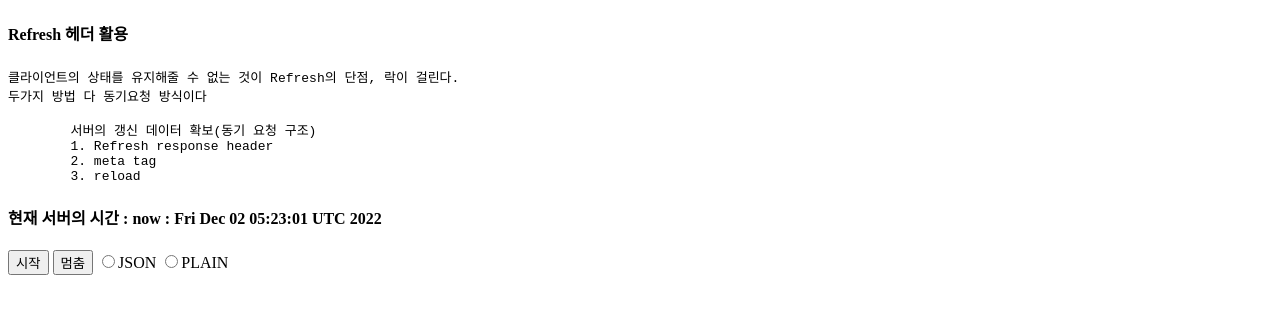
Repository: YOUNARAE/JSP
Page: http://localhost/WebStudy01/05/autoRequest.jsp
These files come from the project's save history. The page is drawn as it stood at one moment and after the next save; the edit follows.
The browser window is 1280 px wide. The pictures show the whole page.
The page is served by Tomcat 9. Other server files are loaded and not shown.

Above is the page before, as saved 2022-12-13 08:26:53.

### WebStudy01/src/main/webapp/05/autoRequest.jsp
<%@page import="java.util.Date"%>
<%@ page language="java" contentType="text/html; charset=UTF-8"
    pageEncoding="UTF-8"%>
<!DOCTYPE html>
<html>
<head>
<meta charset="UTF-8">
<!-- <meta http-equiv="Refresh" content="5;url=https://www.naver.com"> --> <!-- 클라이언트방식 -->
<title>05/autoRequest.jsp</title>
<script type="text/javascript" src="${pageContext.request.contextPath}/resources/jquery-3.6.1.min.js"></script>
</head>
<body>
<h4>Refresh 헤더 활용</h4>
<%--
	response.setIntHeader("Refresh", 1);
--%>
<pre>클라이언트의 상태를 유지해줄 수 없는 것이 Refresh의 단점, 락이 걸린다.
두가지 방법 다 동기요청 방식이다

	서버의 갱신 데이터 확보(동기 요청 구조)
	1. Refresh response header
	2. meta tag
	3. reload
</pre>
<h4>현재 서버의 시간 : <span id="timeArea"> </span></h4>
<button class="controlBtn" data-control-type="START">시작</button>
<button class="controlBtn" data-control-type="STOP">멈춤</button>
<input type="radio" name="dataType" data-data-type="json"/>JSON
<input type="radio" name="dataType" data-data-type="text"/>PLAIN
<script>
// 	setTimeout(() => {
// 		location.reload();
// 	}, 1000);
	let timeArea = $("#timeArea");
	let sendRequest = function(){
		$.ajax({
			url : "${pageContext.request.contextPath}/05/getServerTime",
			dataType : "json",
			success : function(resp) {
				timeArea.html(resp.now);
			},
			error : function(jqXHR, status, error) {
				console.log(jqXHR);
				console.log(status);
				console.log(error);
			}
		});
	}

	setInterval(sendRequest, 1000);
</script>
</body>
</html>

### WebStudy01/src/main/java/kr/or/ddit/servlet05/GetServerTimeControllerServlet.java
package kr.or.ddit.servlet05;

import java.io.IOException;
import java.util.Date;
import java.util.Locale;

import javax.servlet.ServletException;
import javax.servlet.annotation.WebServlet;
import javax.servlet.http.HttpServlet;
import javax.servlet.http.HttpServletRequest;
import javax.servlet.http.HttpServletResponse;

@WebServlet("/05/getServerTime")
public class GetServerTimeControllerServlet extends HttpServlet{
	@Override
	protected void doGet(HttpServletRequest req, HttpServletResponse resp) throws ServletException, IOException {
		//2모델확보
		Date now = new Date();
		String nowStr = String.format(Locale.CANADA, "now : %tc",now);
		req.setAttribute("now", nowStr);//toString()
		resp.setHeader("Refresh", "1");
		String viewName = "/jsonView.do";
		req.getRequestDispatcher(viewName).forward(req,resp);
	}
}

Loaded but not shown: WebStudy01/src/main/webapp/resources/jquery-3.6.1.min.js (library)

After the next save:
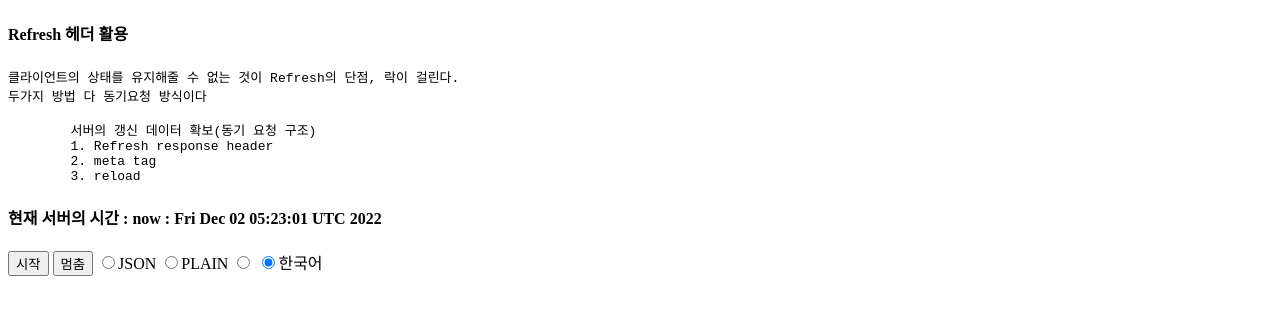
Saved 75 s later.
--- a/WebStudy01/src/main/webapp/05/autoRequest.jsp
+++ b/WebStudy01/src/main/webapp/05/autoRequest.jsp
@@ -27,6 +27,8 @@
 <button class="controlBtn" data-control-type="STOP">멈춤</button>
 <input type="radio" name="dataType" data-data-type="json"/>JSON
 <input type="radio" name="dataType" data-data-type="text"/>PLAIN
+<input type="radio" name="loacle" />
+<input type="radio" name="locale" value="ko" checked/>한국어
 <script>
 // 	setTimeout(() => {
 // 		location.reload();
